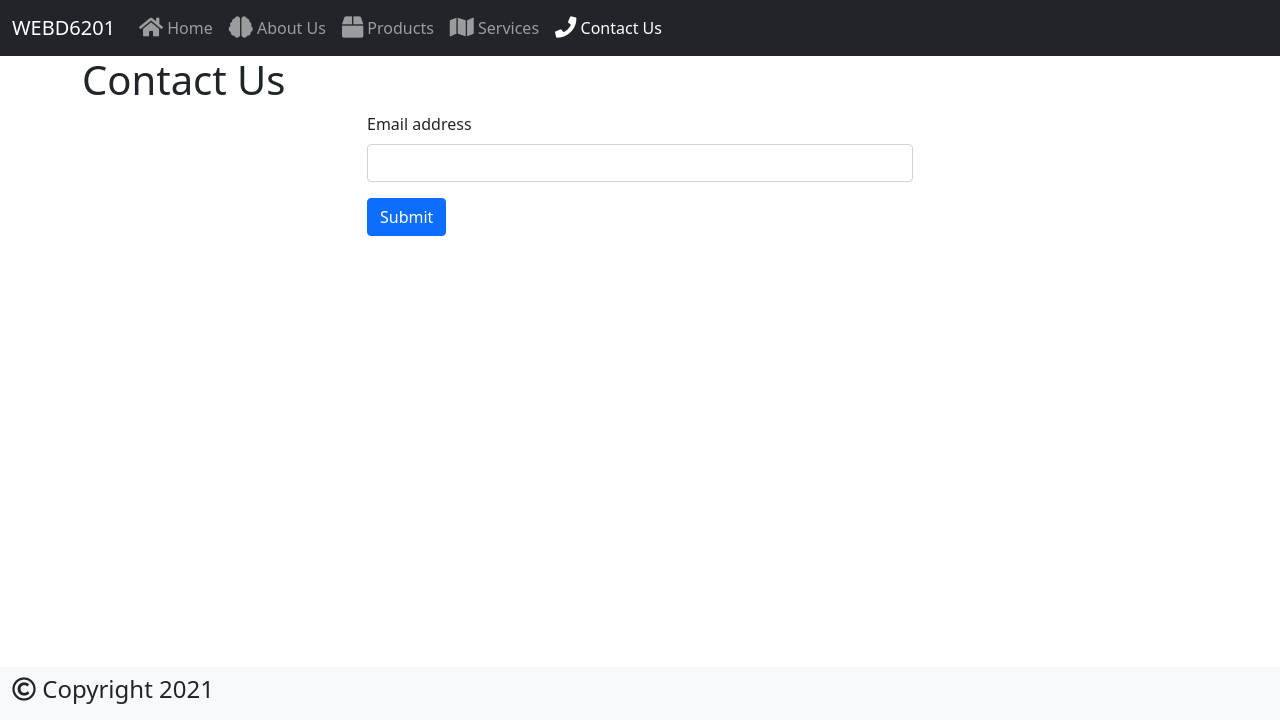
Repository: AshokSasi/WEBD6201-Week3
Page: contact.html
These files come from the project's save history. The page is drawn as it stood at one moment and after the next save; the edit follows.
The browser window is 1280 px wide. The pictures show the whole page.

Above is the page before, as saved 2021-01-21 10:26:53.

After the next save:
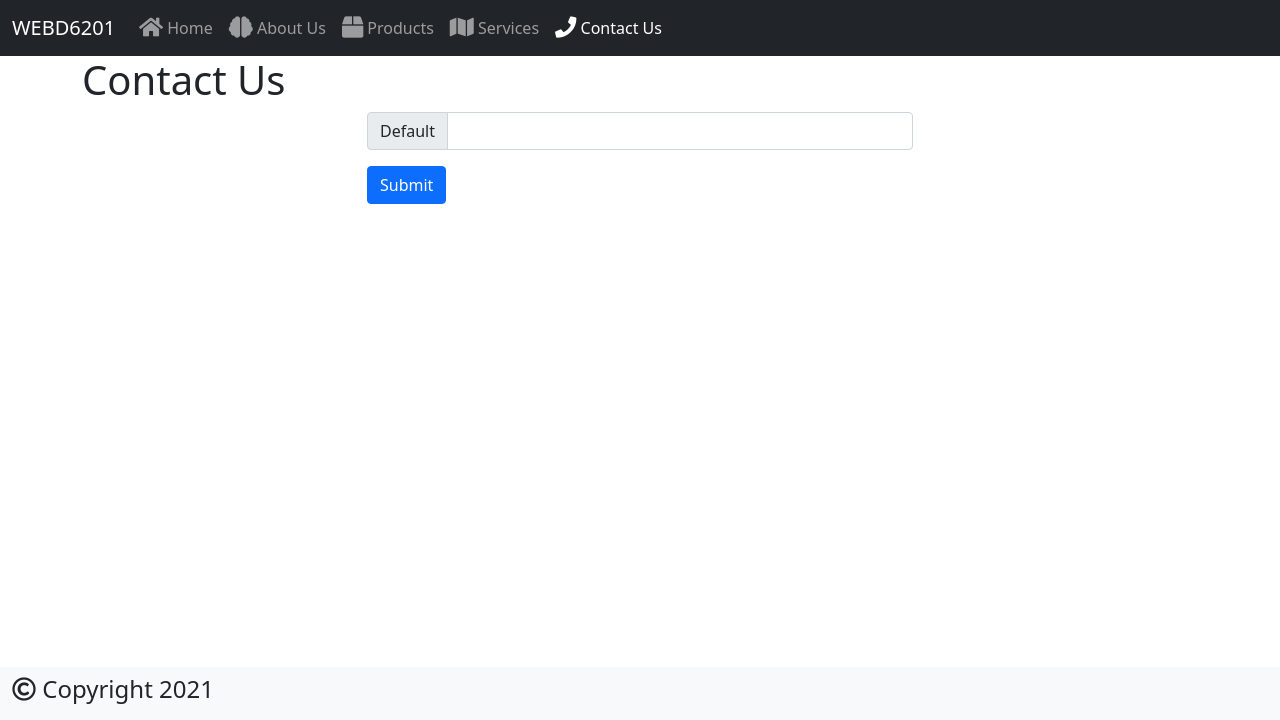
Saved 3 min 27 s later.
--- a/contact.html
+++ b/contact.html
@@ -50,10 +50,12 @@
         <!--Contact us form-->
         <div class="row justify-content-md-center">
           <form class="col-lg-6 col-md-10 col-sm-10">
-            <div class="mb-3">
-              <label for="exampleInputEmail1" class="form-label">Email address</label>
-              <input type="email" class="form-control" id="exampleInputEmail1" aria-describedby="emailHelp">
+
+            <div class="input-group mb-3">
+              <span class="input-group-text" id="inputGroup-sizing-default">Default</span>
+              <input type="text" class="form-control" aria-label="Sizing example input" aria-describedby="inputGroup-sizing-default">
             </div>
+
             <button type="submit" class="btn btn-primary">Submit</button>
           </form>
 
